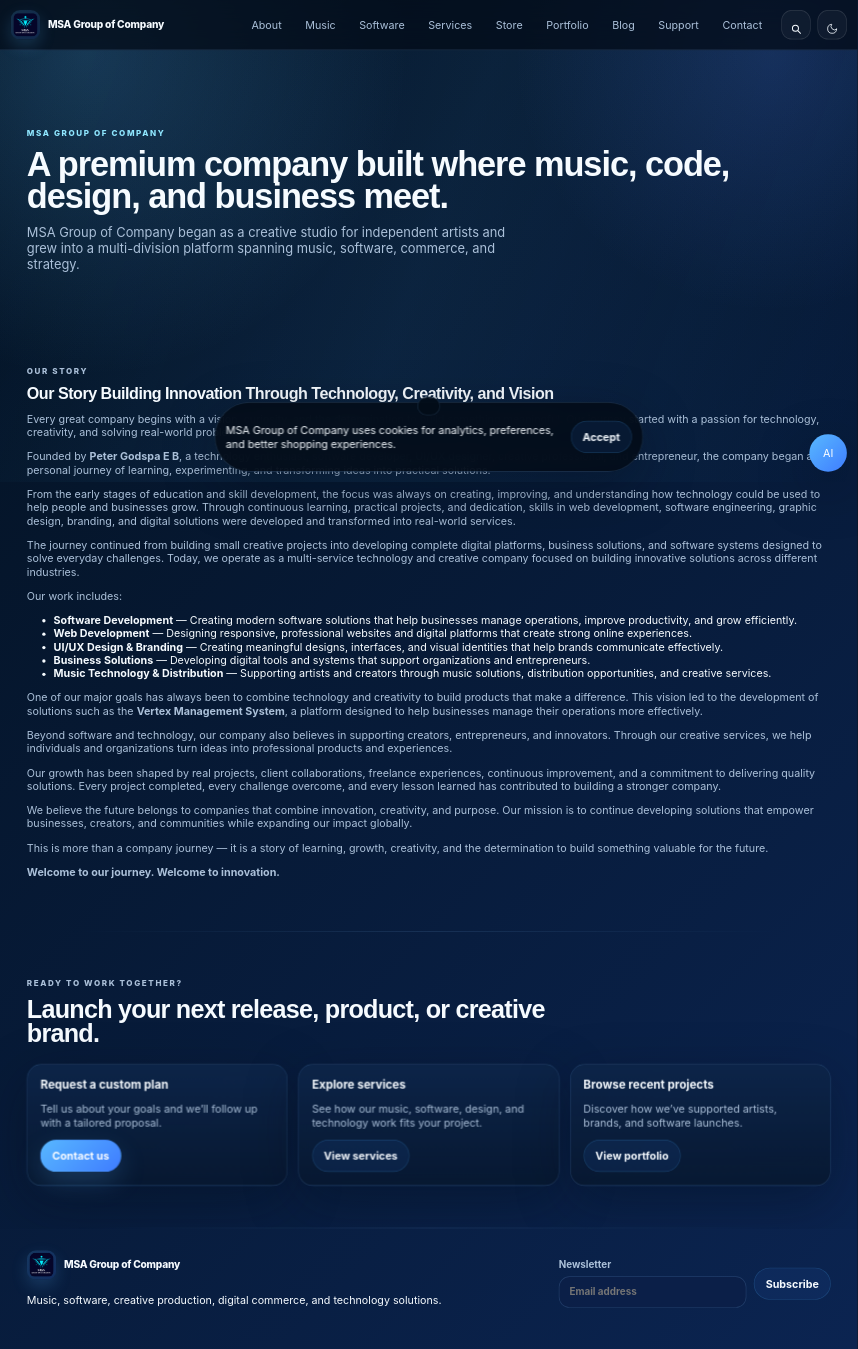
Repository: wifiasert/MSA-Group-of-Company
Page: about/index.html
The author's editor kept a copy of each file at every save. The page is drawn from the files as they stood at one save, then again after the next save.
The browser window is 1280 px wide. The pictures show the whole page, at 67% of full size.

Above is the page before, as saved 2026-07-18 04:28:11.

After the next save:
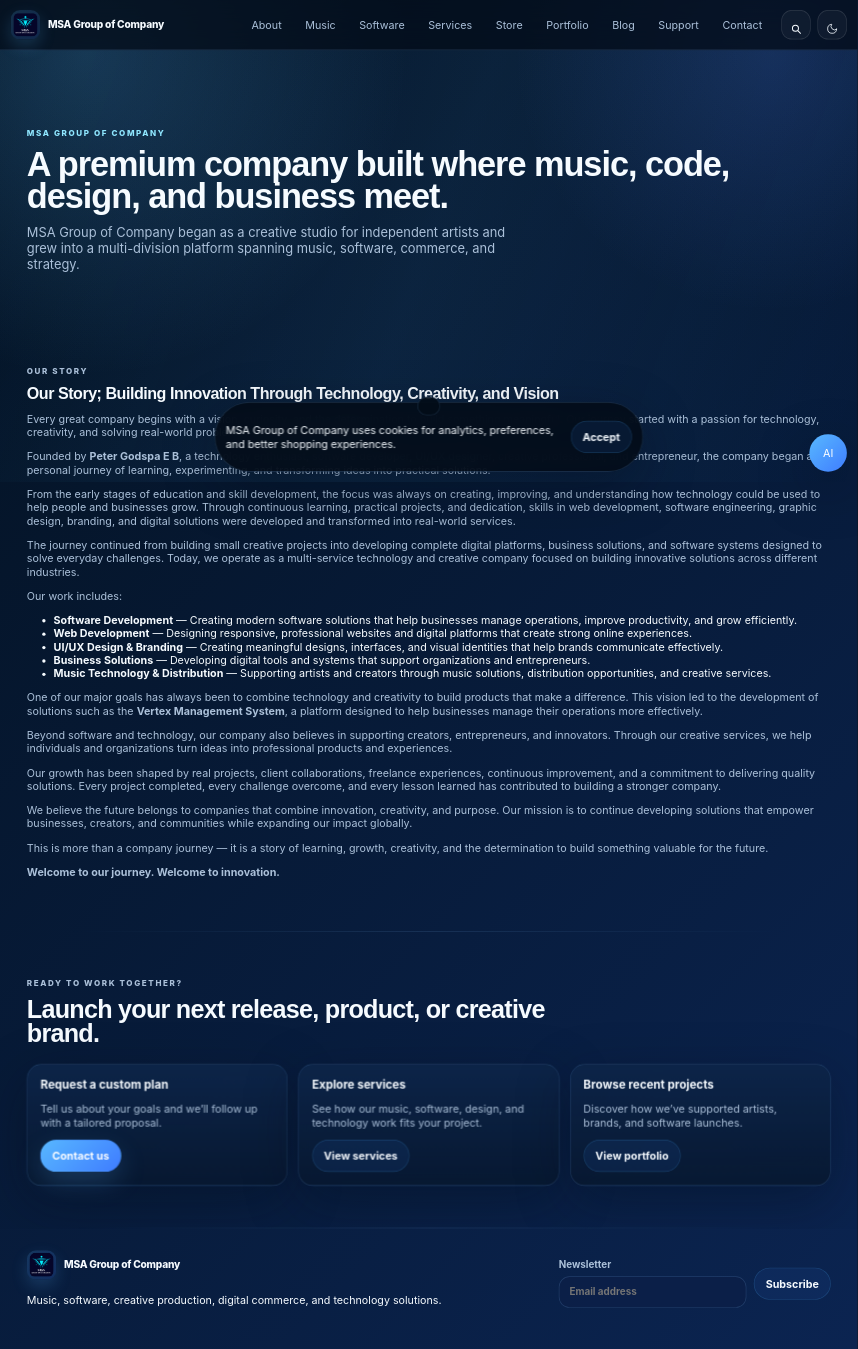
Saved 16 s later.
--- a/about/index.html
+++ b/about/index.html
@@ -316,7 +316,7 @@
       <div class="container">
       <div class="story-panel">
         <p class="eyebrow">Our Story</p>
-        <h2><b>Our Story</b> Building Innovation Through Technology, Creativity, and Vision</h2>
+        <h2><b>Our Story;</b> Building Innovation Through Technology, Creativity, and Vision</h2>
         <p>Every great company begins with a vision, curiosity, and the determination to build something meaningful. Our journey started with a passion for technology, creativity, and solving real-world problems through digital solutions.</p>
         <p>Founded by <strong>Peter Godspa E B</strong>, a technology enthusiast, software developer, UI/UX designer, creative professional, and entrepreneur, the company began as a personal journey of learning, experimenting, and transforming ideas into practical solutions.</p>
         <p>From the early stages of education and skill development, the focus was always on creating, improving, and understanding how technology could be used to help people and businesses grow. Through continuous learning, practical projects, and dedication, skills in web development, software engineering, graphic design, branding, and digital solutions were developed and transformed into real-world services.</p>

After the save that followed:
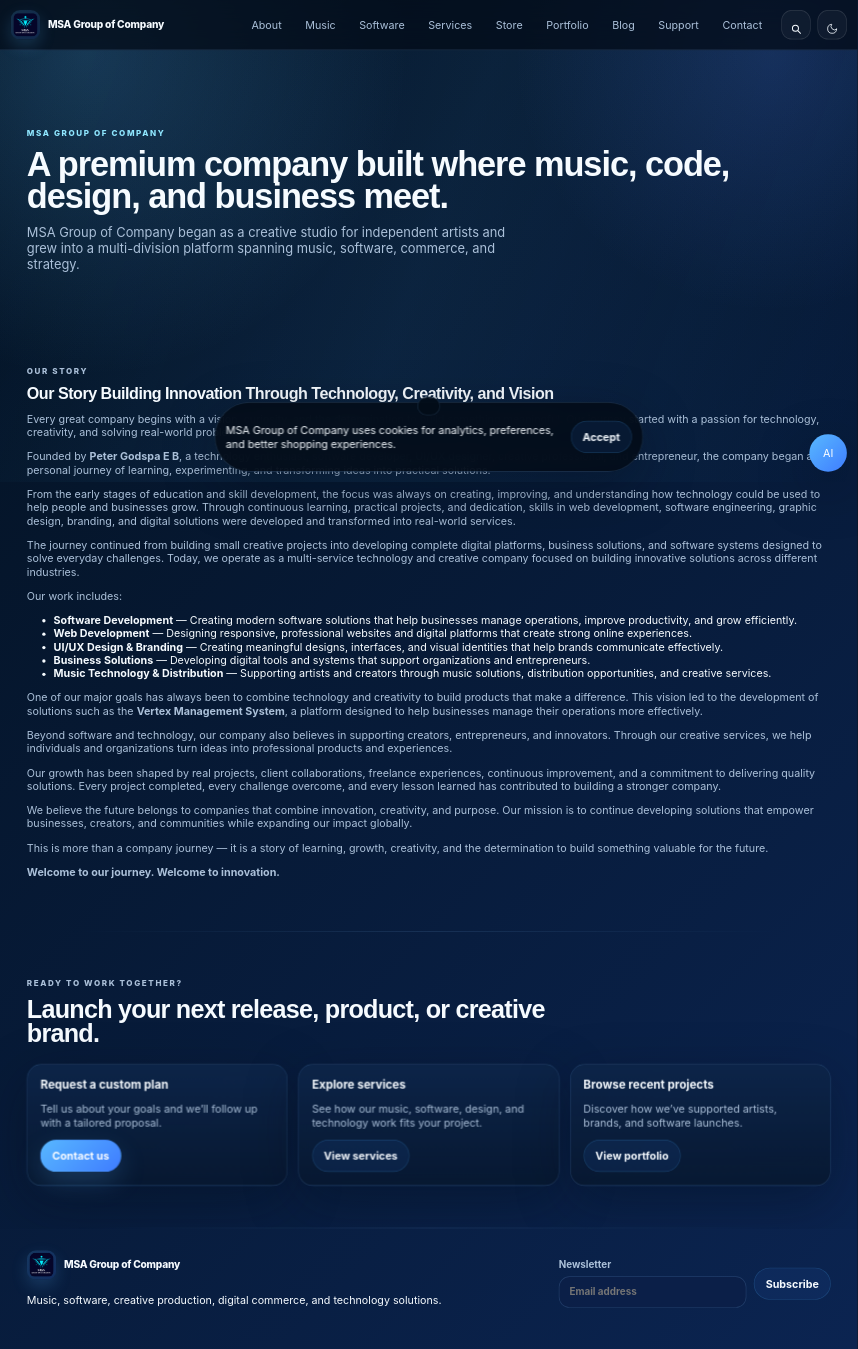
Saved 40 s later.
--- a/about/index.html
+++ b/about/index.html
@@ -316,7 +316,7 @@
       <div class="container">
       <div class="story-panel">
         <p class="eyebrow">Our Story</p>
-        <h2><b>Our Story;</b> Building Innovation Through Technology, Creativity, and Vision</h2>
+        <h2><b>Our Story</b> Building Innovation Through Technology, Creativity, and Vision</h2>
         <p>Every great company begins with a vision, curiosity, and the determination to build something meaningful. Our journey started with a passion for technology, creativity, and solving real-world problems through digital solutions.</p>
         <p>Founded by <strong>Peter Godspa E B</strong>, a technology enthusiast, software developer, UI/UX designer, creative professional, and entrepreneur, the company began as a personal journey of learning, experimenting, and transforming ideas into practical solutions.</p>
         <p>From the early stages of education and skill development, the focus was always on creating, improving, and understanding how technology could be used to help people and businesses grow. Through continuous learning, practical projects, and dedication, skills in web development, software engineering, graphic design, branding, and digital solutions were developed and transformed into real-world services.</p>
